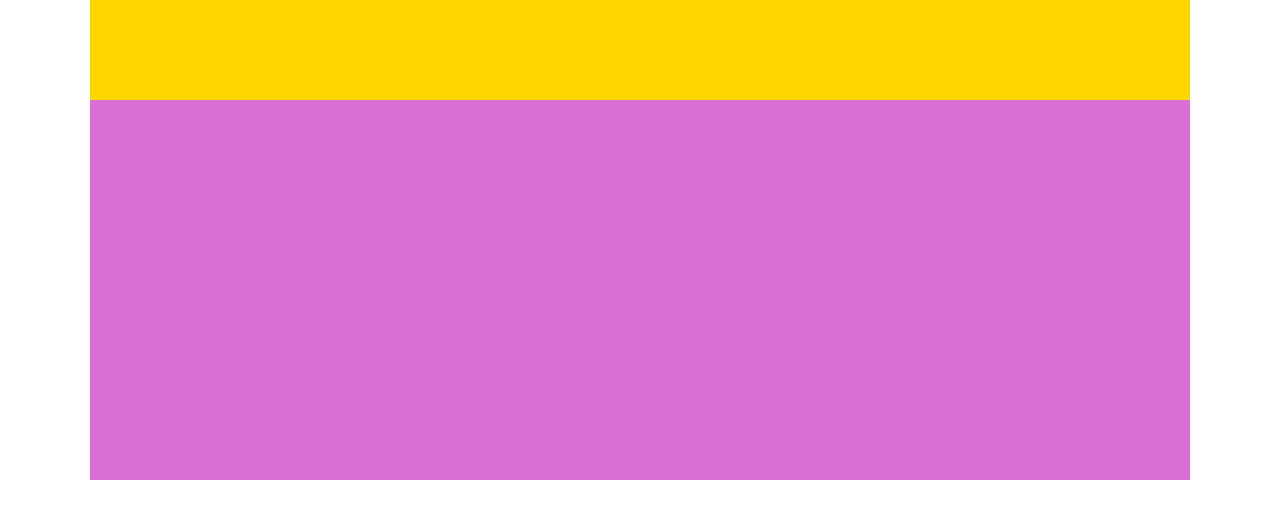
Repository: Hotmintchoco/SpringStudy
Page: HtmlTest/src/main/webapp/index4.html
An editor plug-in stored every save of this project. The page is shown before and after the next save, followed by the edit.
The browser window is 1280 px wide. The pictures show the whole page.

Above is the page before, as saved 2022-05-03 07:46:28.

After the next save:
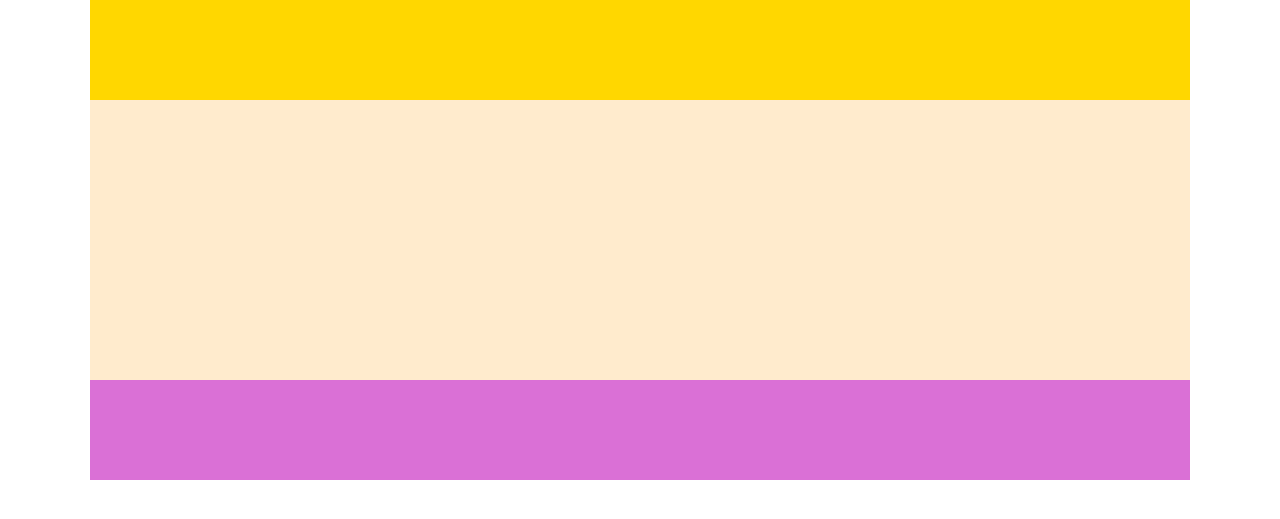
Saved 20 s later.
--- a/HtmlTest/src/main/webapp/index4.html
+++ b/HtmlTest/src/main/webapp/index4.html
@@ -19,7 +19,7 @@
 	}
 
 	section {
-		width: 1100px; height: 280px; margin: 0 auto; background-color: #DA70D6;
+		width: 1100px; height: 280px; margin: 0 auto; background-color: #FFEBCD;
 	}
 
 	footer {
